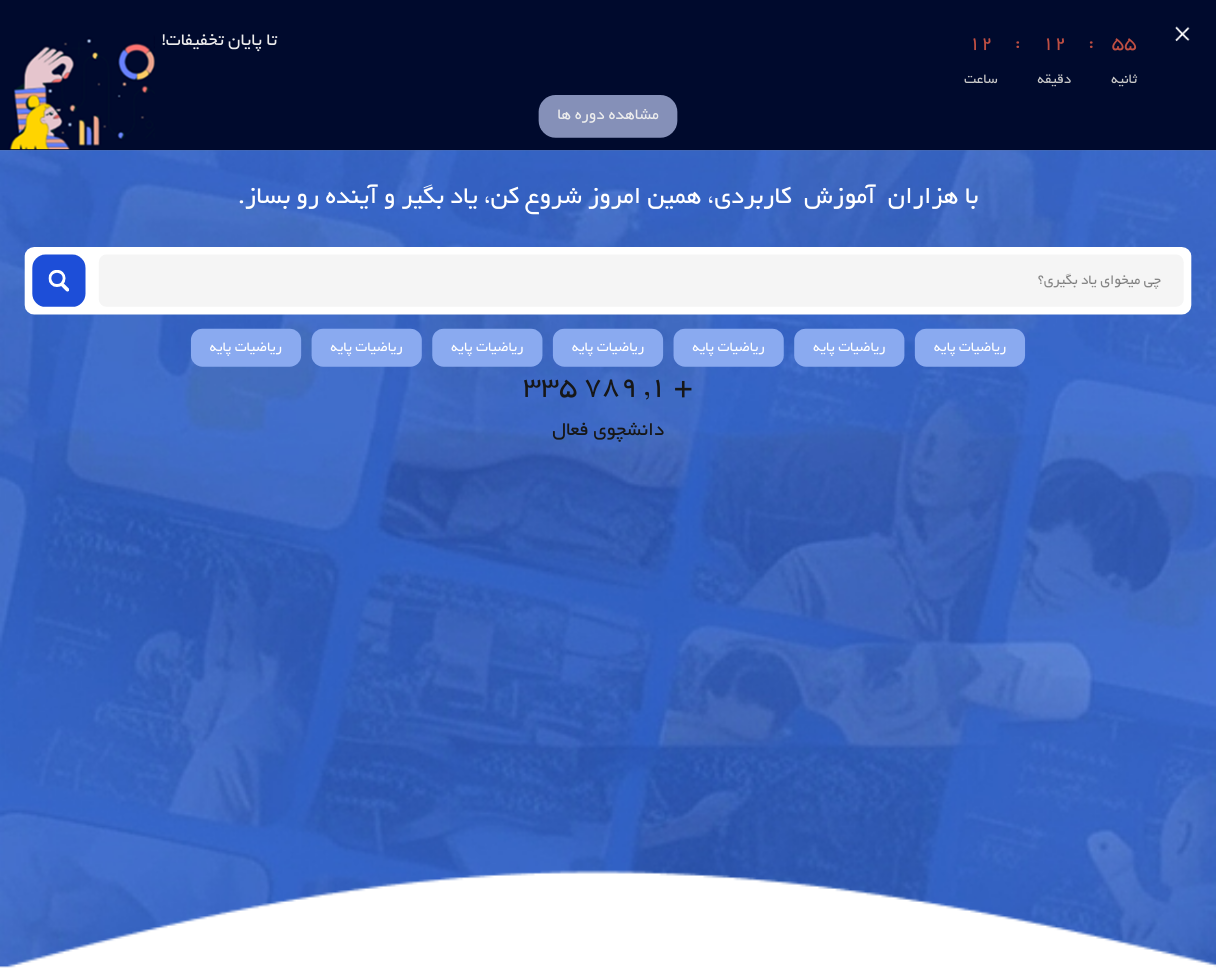
Repository: sinafath/fradars
Page: /
The author's editor kept a copy of each file at every save. The page is drawn from the files as they stood at one save, then again after the next save.
The browser window is 1280 px wide. The pictures show the whole page, at 95% of full size.
The project was rebuilt for these pictures with package versions that can differ from the ones it lists, and the page was loaded fresh each time. The framework's server and built-in components were replaced by stand-ins that run in the browser. Also part of the build but not shown: next.config.ts.

Above is the page before, as saved 2025-09-21 20:11:51.

After the next save:
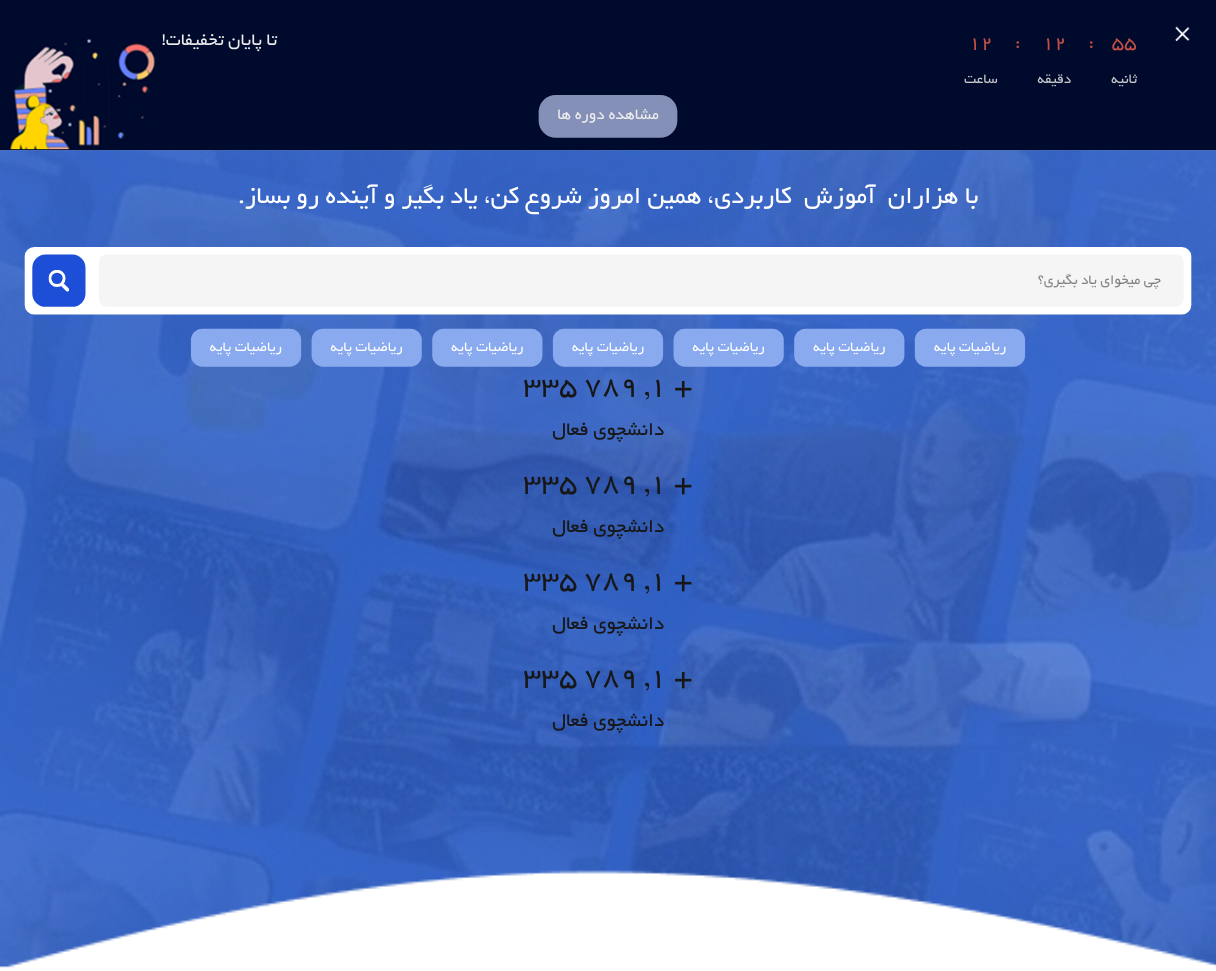
Saved 5 s later.
--- a/src/app/page.tsx
+++ b/src/app/page.tsx
@@ -73,6 +73,18 @@
           <div className="text-[32px]">+ 1, 789 335</div>
           <div className="text-[22px]">دانشچوی فعال</div>
         </Column>
+                <Column className="gap-[4px]">
+          <div className="text-[32px]">+ 1, 789 335</div>
+          <div className="text-[22px]">دانشچوی فعال</div>
+        </Column>
+                <Column className="gap-[4px]">
+          <div className="text-[32px]">+ 1, 789 335</div>
+          <div className="text-[22px]">دانشچوی فعال</div>
+        </Column>
+                <Column className="gap-[4px]">
+          <div className="text-[32px]">+ 1, 789 335</div>
+          <div className="text-[22px]">دانشچوی فعال</div>
+        </Column>
       </Column>
     </div>
   );
